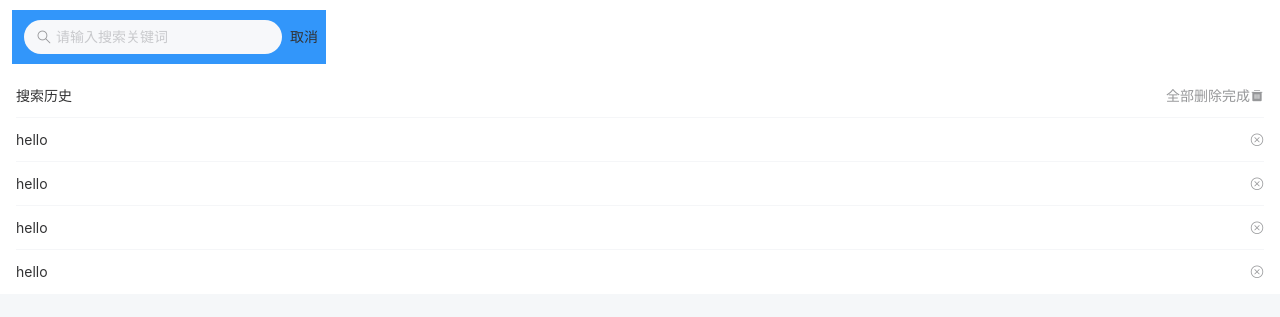
Repository: Tsukiau/toutiao-m
Page: /#/search
The author's editor kept a copy of each file at every save. The page is drawn from the files as they stood at one save, then again after a run of saves.
The browser window is 1280 px wide. The pictures show the whole page.
The project was rebuilt for these pictures with package versions that can differ from the ones it lists, and the page was loaded fresh each time. Also part of the build but not shown: vue.config.js, src/utils/request.js, src/api/search.js, src/views/search/components/search-suggestion.vue, src/views/search/components/search-result.vue. Imported but missing from the stored project, and not drawn on this page: src/views/home/components/channel-edit.vue.

Above is the page before, as saved 2022-10-21 15:19:15.

After the next 7 saves:
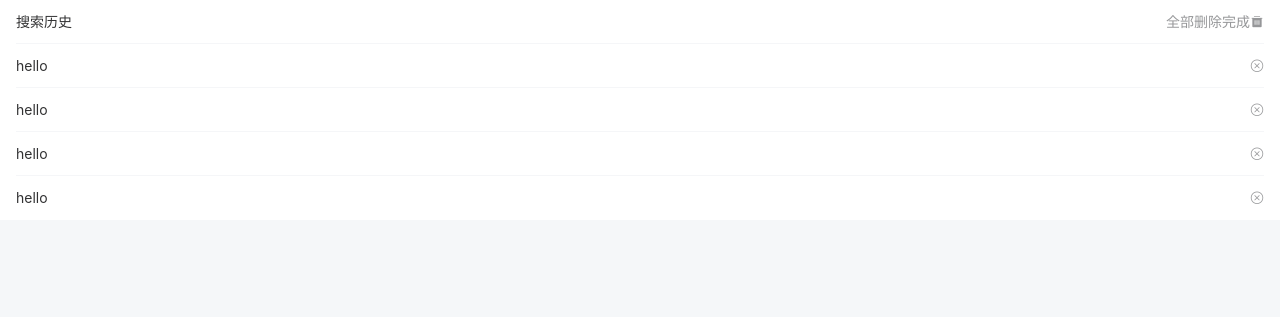
The 7 saves are shown as one change because they came seconds apart.
The last was saved 14 s later.
--- a/src/views/search/index.vue
+++ b/src/views/search/index.vue
@@ -72,5 +72,7 @@ export default {
 .van-search__action {
   background-color: #3296fa;
 }
+.van-search{
+   position: fixed;
+}
 </style>
-。
